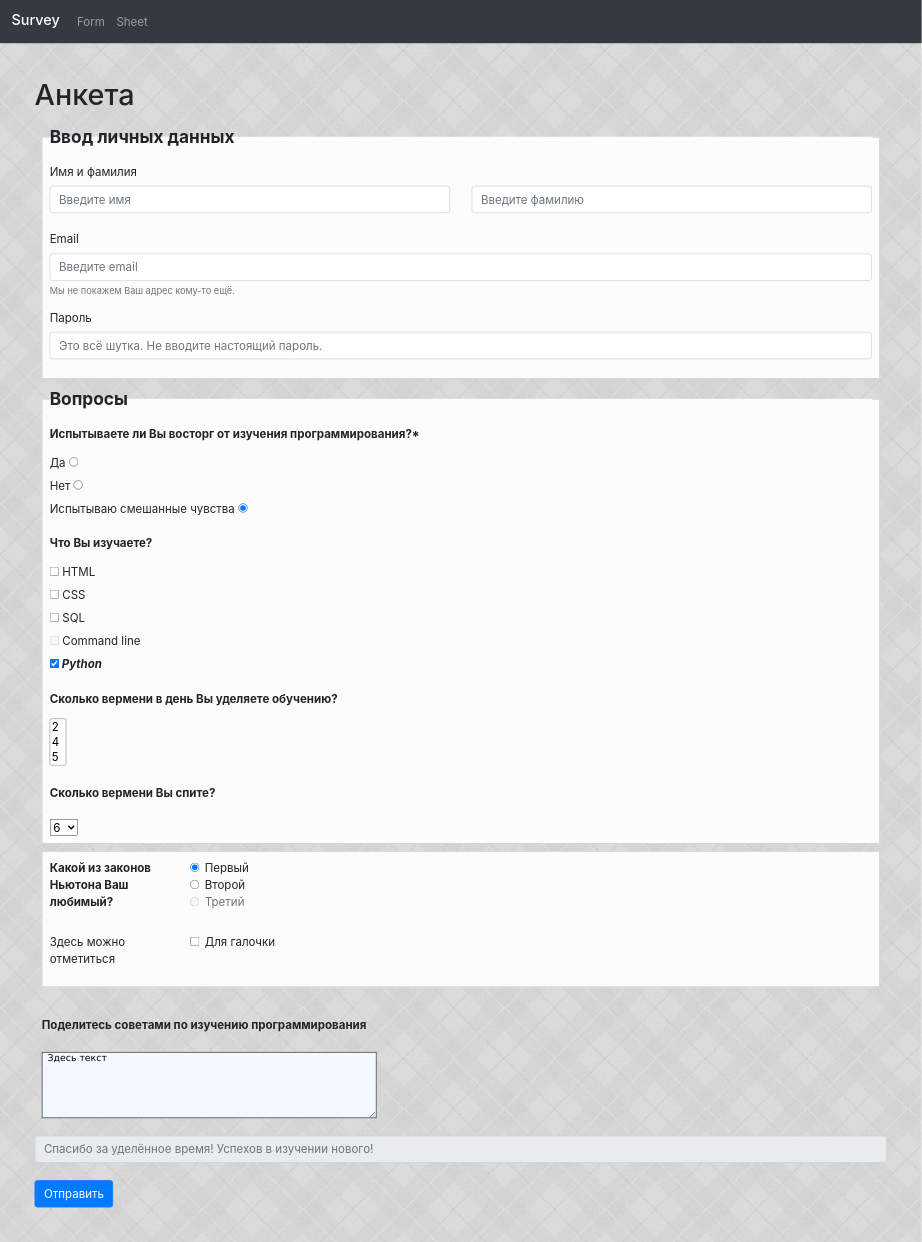
Repository: tavrora/cs50_ide
Page: http://localhost/form
The author's editor kept a record of every edit. The page is drawn from the files as they stood at one moment, then again after the next edit.
The browser window is 1280 px wide. The pictures show the whole page, at 72% of full size.
The page is served by the project's application, run on Flask 3 (pset7/survey/application.py).

Above is the page before.

After the next edit:
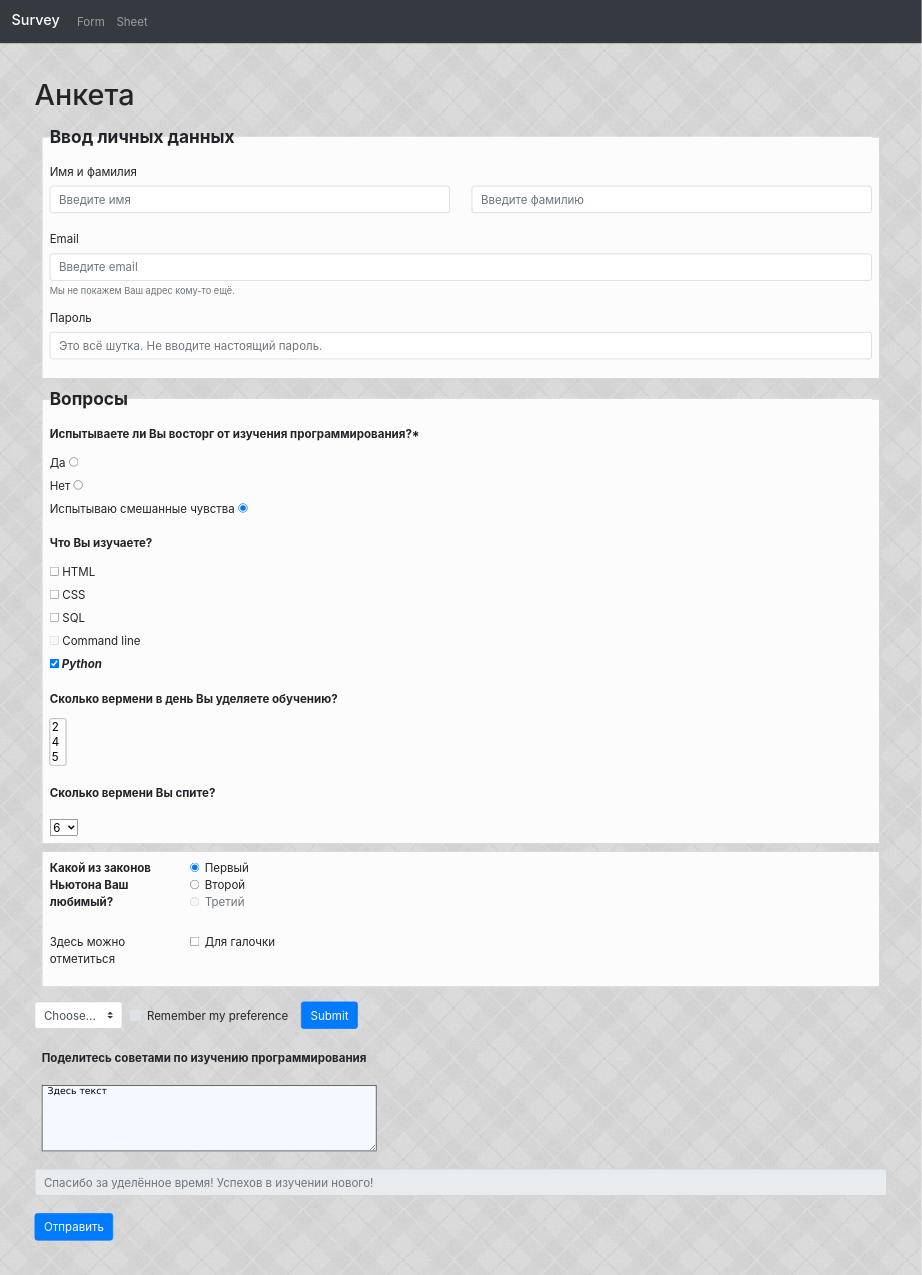
The edit:
--- a/pset7/survey/templates/form.html
+++ b/pset7/survey/templates/form.html
@@ -117,9 +117,29 @@
                     </div>
                 </div>
             </div>
+
         </fieldset>
 
-
+        <div class="form-row align-items-center">
+            <div class="col-auto my-1">
+                <label class="mr-sm-2 sr-only" for="inlineFormCustomSelect">Preference</label>
+                <select class="custom-select mr-sm-2" id="inlineFormCustomSelect">
+                <option selected>Choose...</option>
+                <option value="1">One</option>
+                <option value="2">Two</option>
+                <option value="3">Three</option>
+              </select>
+            </div>
+            <div class="col-auto my-1">
+              <div class="custom-control custom-checkbox mr-sm-2">
+                <input type="checkbox" class="custom-control-input" id="customControlAutosizing">
+                <label class="custom-control-label" for="customControlAutosizing">Remember my preference</label>
+              </div>
+            </div>
+            <div class="col-auto my-1">
+              <button type="submit" class="btn btn-primary">Submit</button>
+            </div>
+        </div>
 
         <br />
         <p class=" question tp"><label for="text">Поделитесь советами по изучению программирования</label></p>
